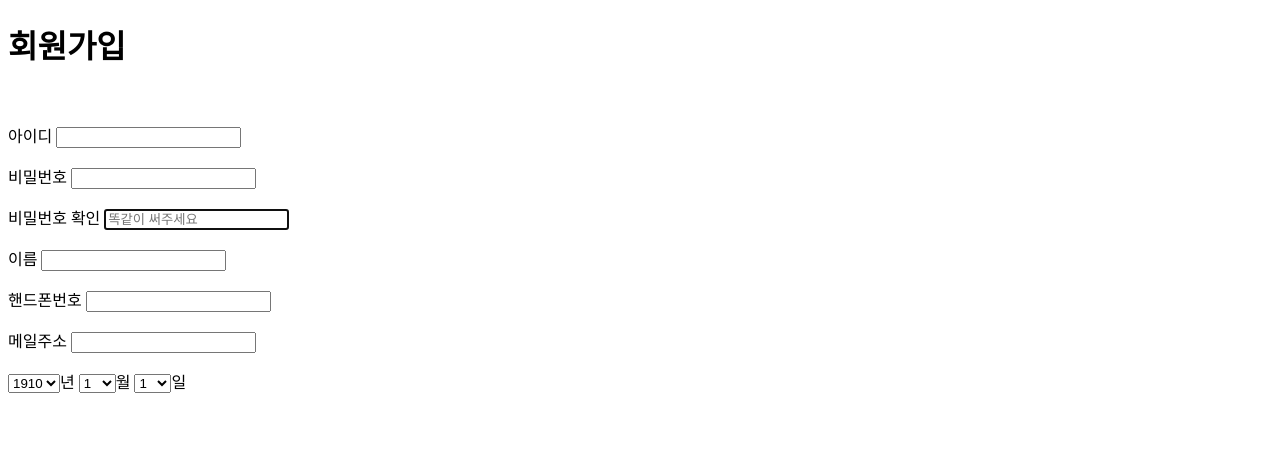
Repository: yoojisoo/YONSAI
Page: http://localhost/schemasJMS/html/joinForm.jsp
The author's editor kept a copy of each file at every save. The page is drawn from the files as they stood at one save, then again after the next save.
The browser window is 1280 px wide. The pictures show the whole page.
The page is served by Tomcat 9.

Above is the page before, as saved 2021-08-26 02:49:42.

After the next save:
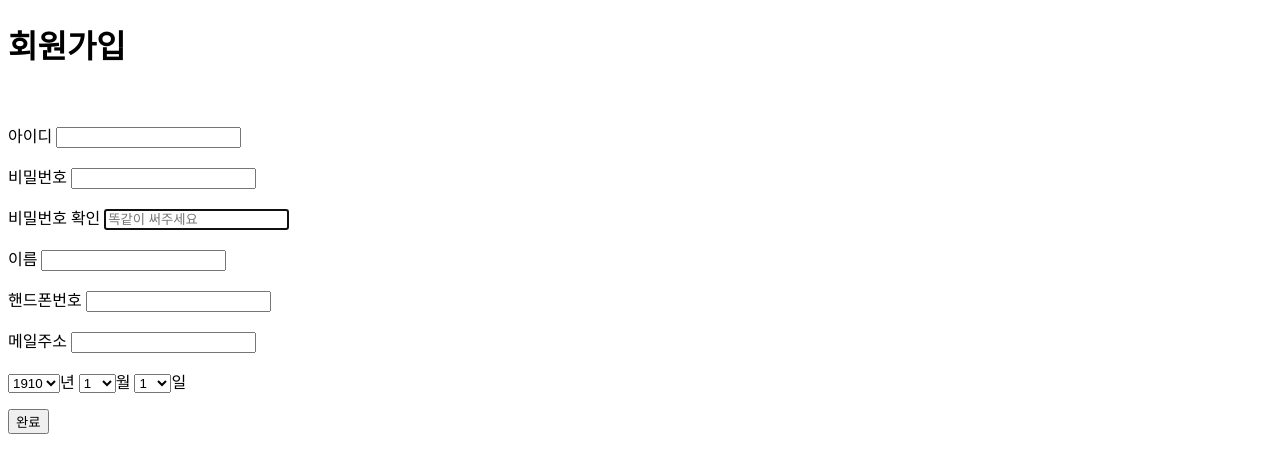
Saved 33 s later.
--- a/jsworkspace/schemasJMS/src/main/webapp/html/joinForm.jsp
+++ b/jsworkspace/schemasJMS/src/main/webapp/html/joinForm.jsp
@@ -44,6 +44,8 @@
 				<option value="<%=i%>"> <%=i %> </option>
 			<%}%>
 			</select>일
+
+			<P><input type="submit" value="완료"></P>
 		</form>
 
 </body>
